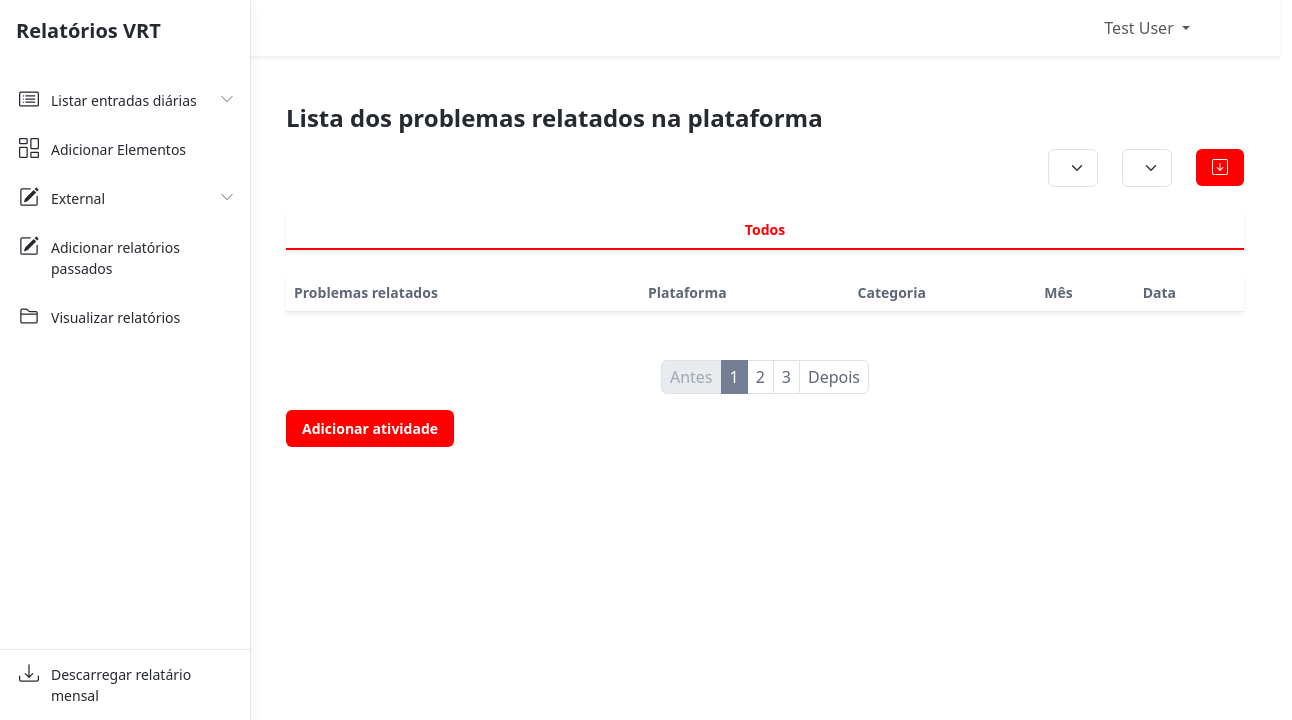
Repository: Yolanda-Marchone/Relatorios
Page: http://localhost/home
An editor plug-in stored every save of this project. The page is shown before and after the next save, followed by the edit.
The browser window is 1280 px wide. The page is 1292 px wide, so the pictures cover 1292 px, including what lies to the right of the window. The pictures show the whole page.
The page is served by the project's Laravel application, run on PHP 8.4 with Laravel 10. A made-up administrator, Test User (test@example.com), is signed in. Style sheets and scripts are compiled from the project's sources, by tool versions that may differ from the author's. Queries for data that is not in the repository find no rows.

Above is the page before, as saved 2024-05-23 10:56:16.
Console error: TypeError: Cannot read properties of null (reading 'addEventListener')

After the next save:
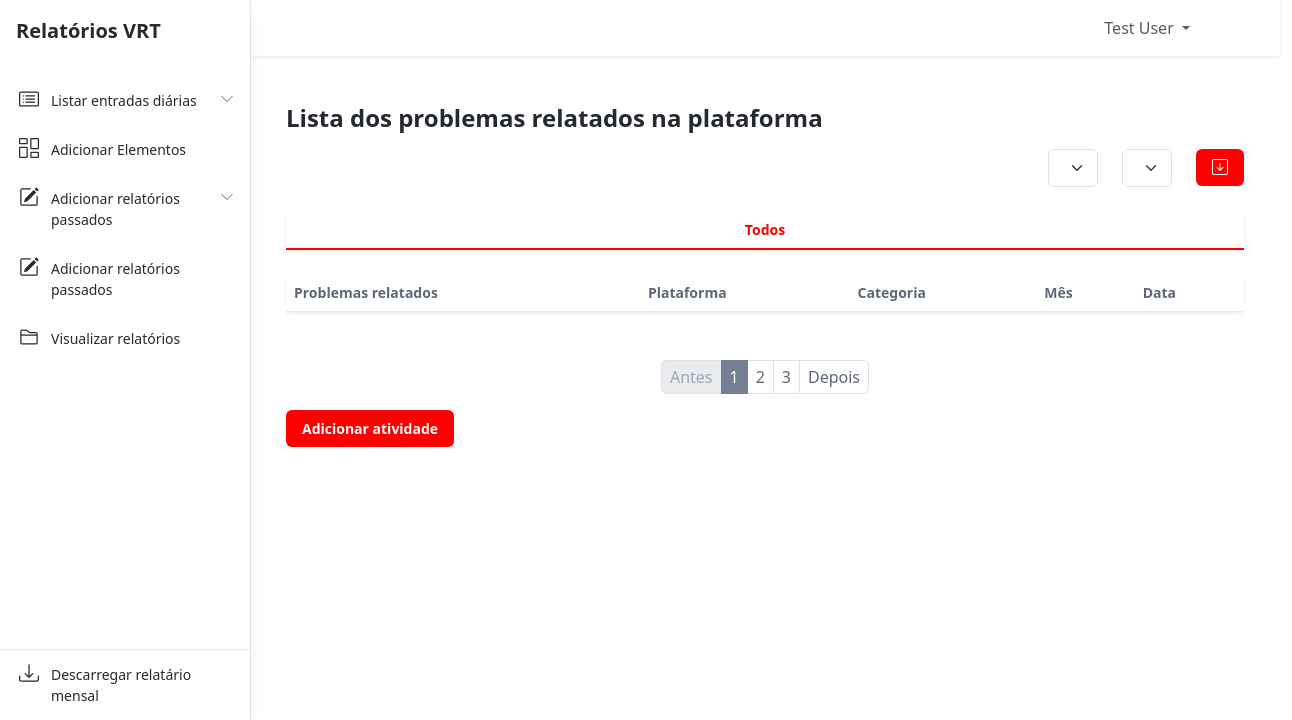
Saved 24 s later.
--- a/resources/views/layouts/app.blade.php
+++ b/resources/views/layouts/app.blade.php
@@ -138,7 +138,7 @@
   <path fill-rule="evenodd" d="M1 13.5A1.5 1.5 0 0 0 2.5 15h11a1.5 1.5 0 0 0 1.5-1.5v-6a.5.5 0 0 0-1 0v6a.5.5 0 0 1-.5.5h-11a.5.5 0 0 1-.5-.5v-11a.5.5 0 0 1 .5-.5H9a.5.5 0 0 0 0-1H2.5A1.5 1.5 0 0 0 1 2.5z"/>
 </svg>
 						         </span>
-		                         <span class="nav-link-text">External</span>
+		                         <span class="nav-link-text">Adicionar relatórios passados</span>
 		                         <span class="submenu-arrow">
 		                             <svg width="1em" height="1em" viewBox="0 0 16 16" class="bi bi-chevron-down" fill="currentColor" xmlns="http://www.w3.org/2000/svg">
 	  <path fill-rule="evenodd" d="M1.646 4.646a.5.5 0 0 1 .708 0L8 10.293l5.646-5.647a.5.5 0 0 1 .708.708l-6 6a.5.5 0 0 1-.708 0l-6-6a.5.5 0 0 1 0-.708z"/>
